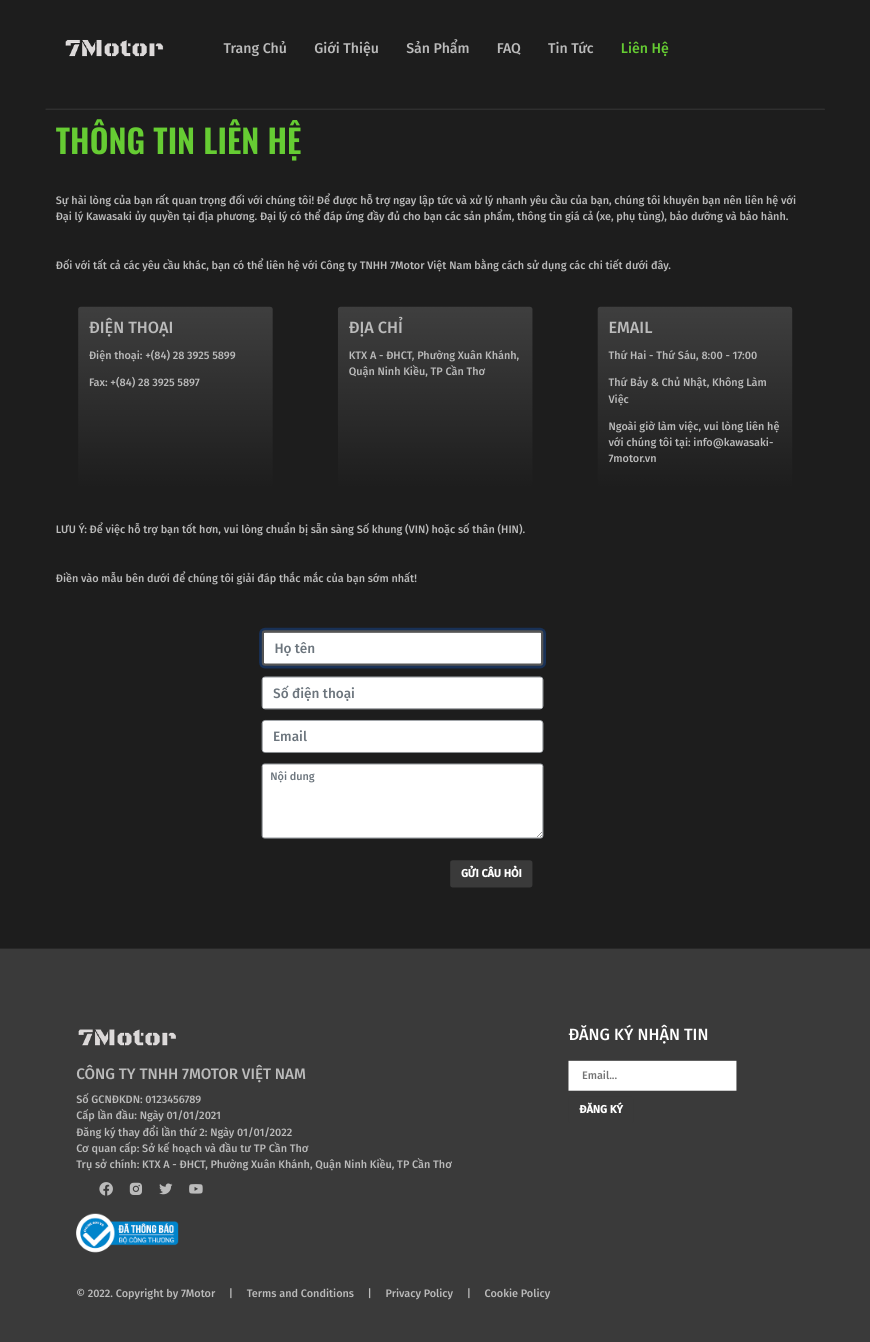
Repository: nntruong1907/SevenMotor
Page: contact.html
The author's editor kept a copy of each file at every save. The page is drawn from the files as they stood at one save, then again after a run of saves.
The browser window is 1280 px wide. The pictures show the whole page, at 68% of full size.
The first visible `.border-input` has the focus.

Above is the page before, as saved 2022-04-06 10:10:23.
Console error: TypeError: Cannot read properties of undefined (reading 'classList')

After the next 2 saves:
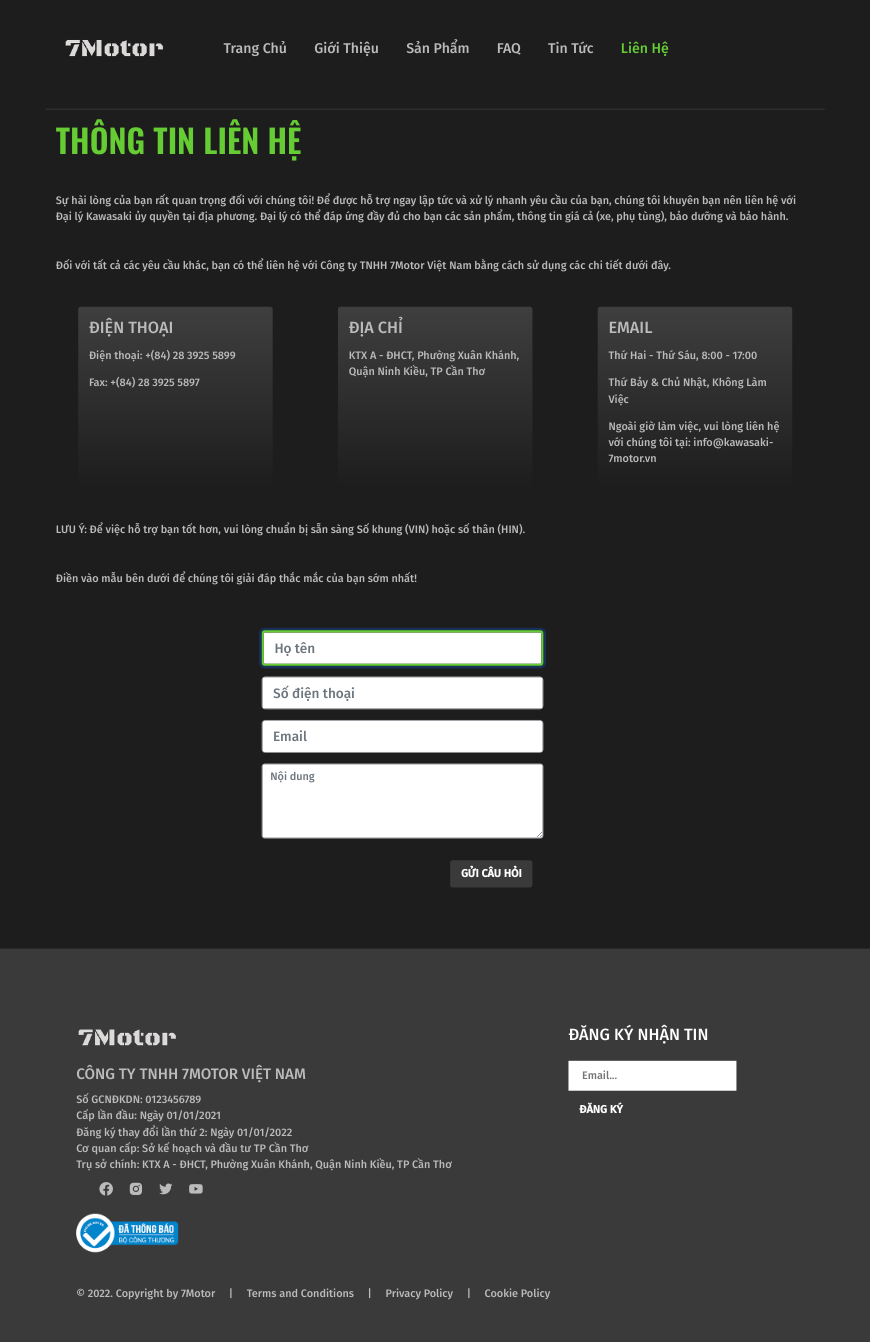
The 2 saves are shown as one change because they came seconds apart.
The last was saved 48 s later.
--- a/css/app.css
+++ b/css/app.css
@@ -757,5 +757,5 @@
 }
 
 .border-input:focus {
-  border: 3px solid #555;
-}
+  border: 3px solid #66cc33;
+}
